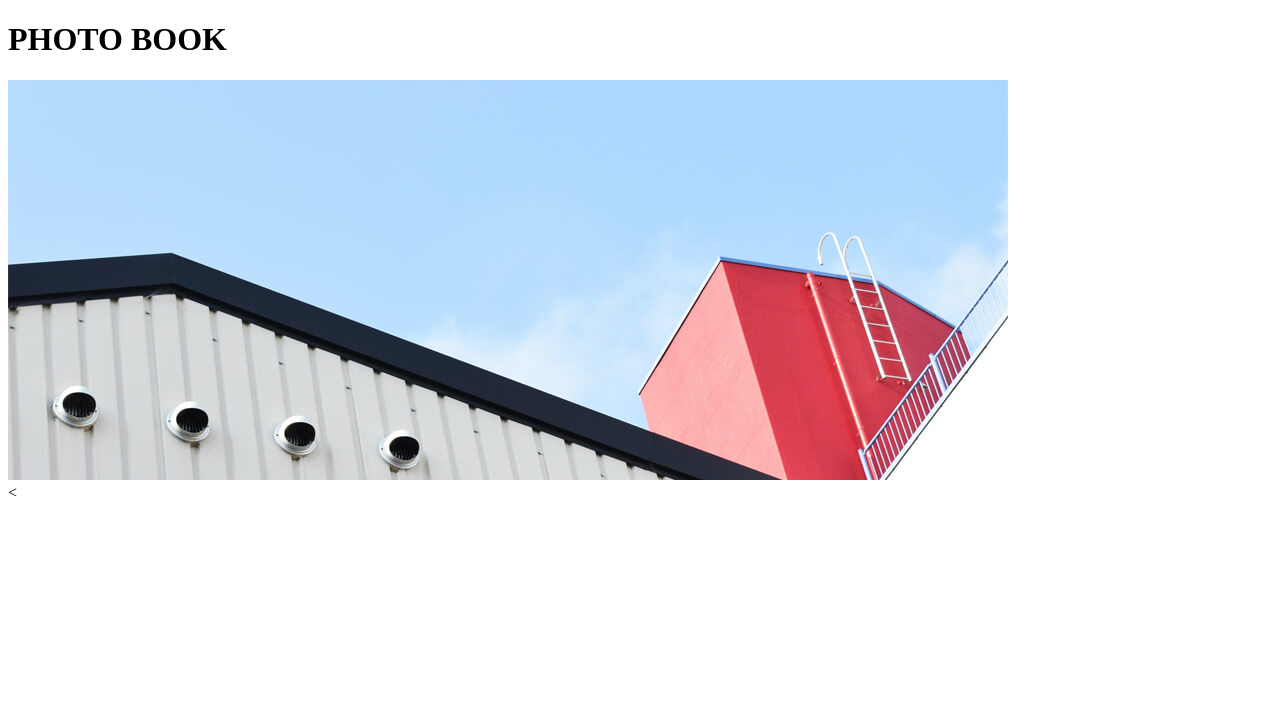
Repository: daytime/LP-study
Page: photo_book/index.html
The author's editor kept a copy of each file at every save. The page is drawn from the files as they stood at one save, then again after the next save.
The browser window is 1280 px wide. The pictures show the whole page.

Above is the page before, as saved 2025-01-28 12:38:42.

After the next save:
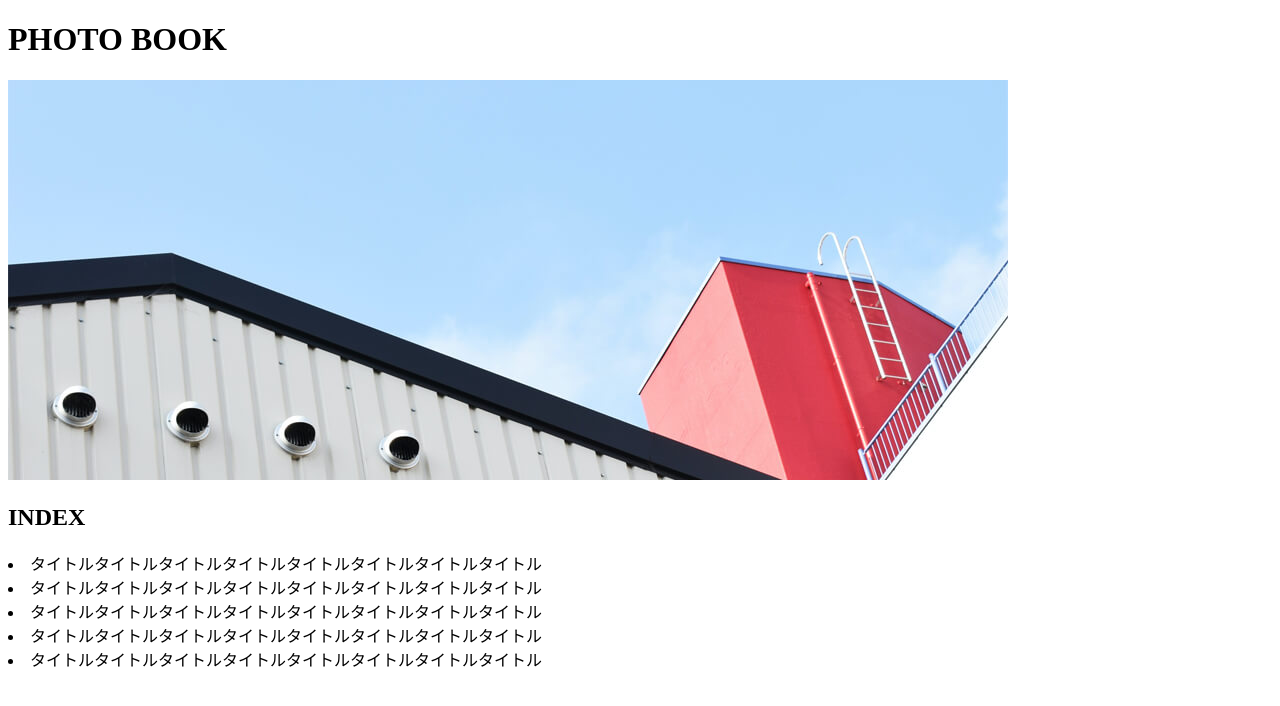
Saved 3 min 18 s later.
--- a/photo_book/index.html
+++ b/photo_book/index.html
@@ -10,6 +10,27 @@
     <img src="img/mainvisual.jpg" alt="ロゴ" />
   </header>
   <body>
-    <nav><</nav>
+    <aside>
+      <nav>
+        <h2>INDEX</h2>
+        <oi>
+          <li>
+            タイトルタイトルタイトルタイトルタイトルタイトルタイトルタイトル
+          </li>
+          <li>
+            タイトルタイトルタイトルタイトルタイトルタイトルタイトルタイトル
+          </li>
+          <li>
+            タイトルタイトルタイトルタイトルタイトルタイトルタイトルタイトル
+          </li>
+          <li>
+            タイトルタイトルタイトルタイトルタイトルタイトルタイトルタイトル
+          </li>
+          <li>
+            タイトルタイトルタイトルタイトルタイトルタイトルタイトルタイトル
+          </li>
+        </oi>
+      </nav>
+    </aside>
   </body>
 </html>
